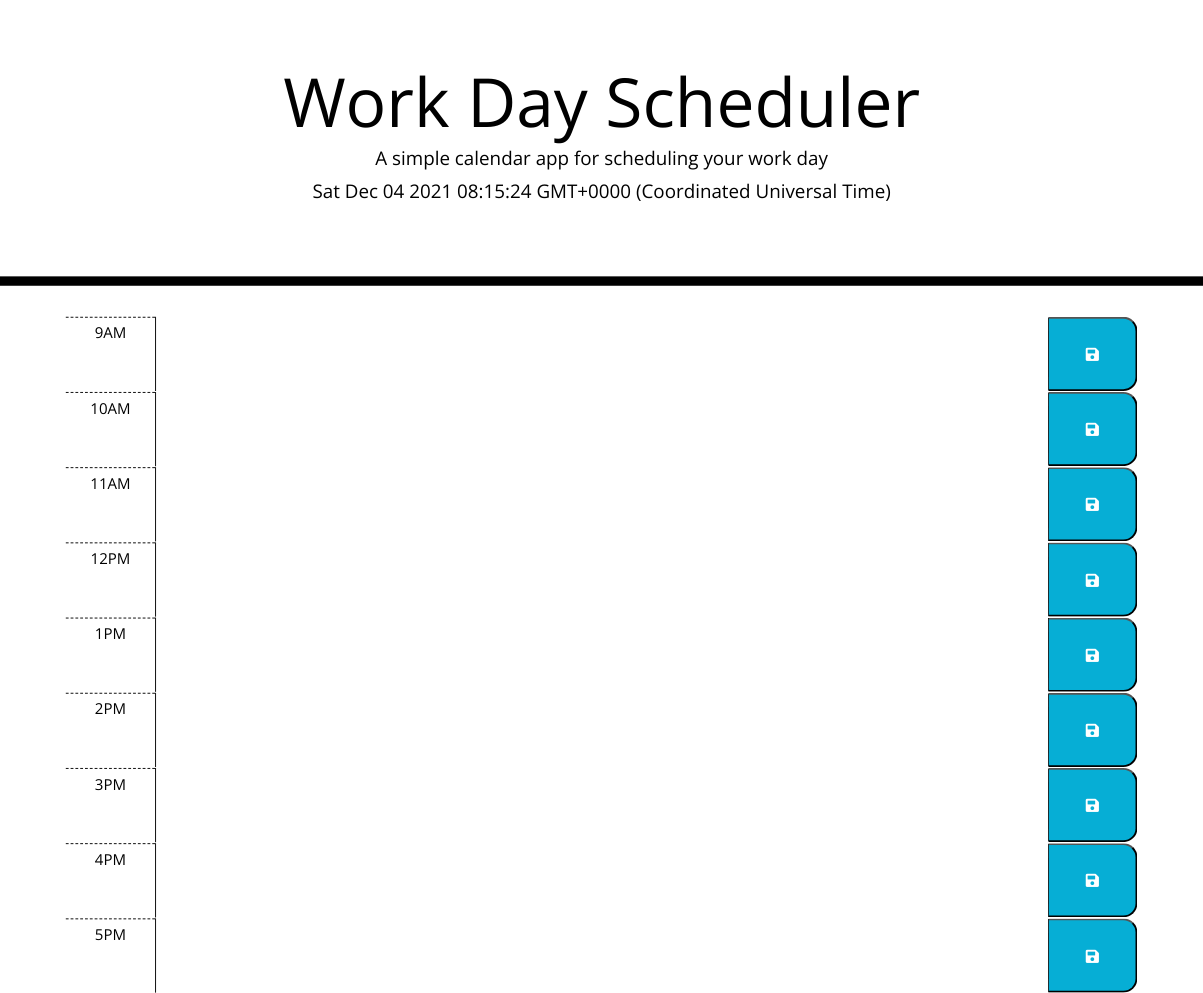
Repository: brenhamp/work-day-scheduler
Page: Develop/index.html
An editor plug-in stored every save of this project. The page is shown before and after the next save, followed by the edit.
The browser window is 1280 px wide. The pictures show the whole page, at 94% of full size.
Some web libraries are served in a nearby version.

Above is the page before, as saved 2021-12-04 14:02:40.
Console error: ReferenceError: valueW is not defined

After the next save:
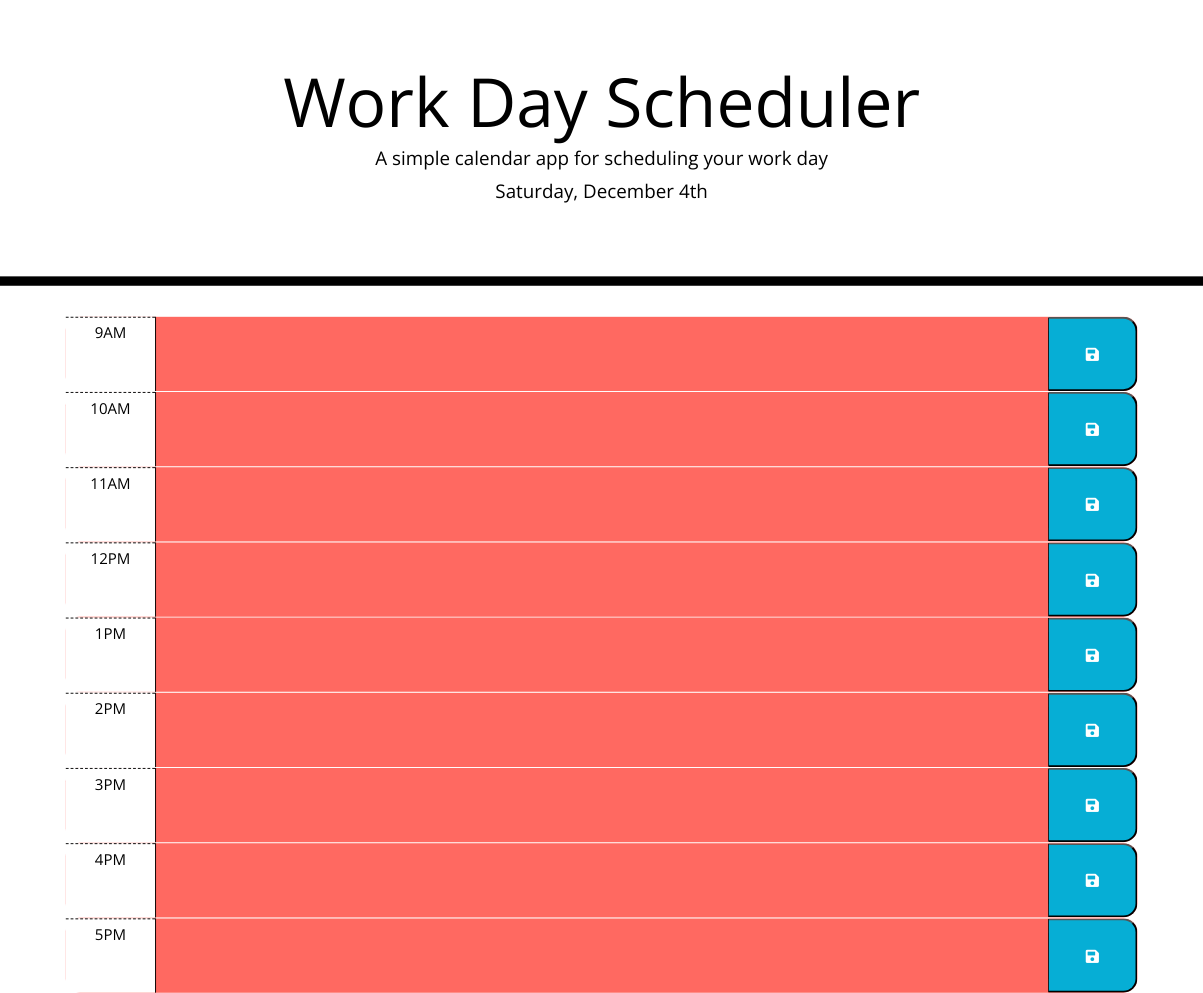
The error is gone.
Saved 20 h 8 min later.
--- a/Develop/script.js
+++ b/Develop/script.js
@@ -1,26 +1,92 @@
-var d = new Date();
-var today = new Date();
-var time = today.getHours;
 
-document.getElementById("currentDay").innerHTML = d;
-
-$(".saveBtn").click(function(event) {
-    event.preventDefault();
-    var valueW = $(this).siblings(".plan").val();
-    console.log(valueW);
-    localStorage.setItem("9", valueW);
-})
-
-$("#9-hour .plan").val(localStorage.getItem("9"));
 
 $(document).ready(function() {
-    $(".time-block").each(function(index) {
-        var hourInd=
-        $(this).attr("id");
-        console.log(hourInd);
+
+    //display today's date
+$("#currentDay").text(moment().format("dddd, MMMM Do"));
+var currentTime = moment().format("H A");
+var events = [];
+
+    //when the user clicks the save button
+    $(".saveBtn").click(function(event) {
+        //pull the time ID from the chosen slot
+        var value = $(this).siblings(".plan").val();
+        var time = $(this).parent().attr("id");
+        var dateAdded = moment().format("dddd, MMMM Do");
+
+        events.push({description: value, time: time, date: dateAdded});
+
+        //put in local storage
+        localStorage.setItem("events", JSON.stringify(events));
     });
+
+    //check if user's current time is before or after the selected time slot
+function timeCheck() {
+    //get current hour
+    var hourNow = moment().hours();
+
+    //check hour of each block
+    $(".time-block").each(function() {
+        var timeBlockHour = parseInt($(this).attr("id").split("-")[1]);
+
+
+    //compare and assign classes
+    if (timeBlockHour < hourNow) {
+        $(this).addClass("past");
+    }
+
+    else if (timeBlockHour > hourNow) {
+        $(this).removeClass("past");
+        $(this).addClass("future");
+    }
+
+    else {
+        $(this).removeClass("past");
+        $(this).removeClass("present");
+        $(this).addClass("present");
+    }
 });
+}
 
-if (valueW === hourInd) {
+//call the function
+timeCheck();
 
-}
+//check if current time has changed
+var secondsLeft = 5;
+function setTime() {
+    setInterval(function() {
+        secondsLeft--;
+
+        if (secondsLeft === 0) {
+            timeCheck();
+            secondsLeft = 5;
+        }
+
+    }, 1000);
+    }
+    setTime();
+
+//check if the date has rolled over
+var today = moment().format("dddd, MMMM Do");
+    for (var i = 0; i < events.length; i++) {
+        if (today.isAfter(events[i].date)) {
+            events[i].description = "";
+            events[i].time = "";
+            events[i].date = "";
+            events.length = 0;
+        }
+    }
+
+//check localstorage for saved data in any time block
+var storedEvents = JSON.parse(localStorage.getItem("events"));
+    if (storedEvents !== null) {
+        events = storedEvents;
+    }
+
+    for (var i = 0; i < events.length; i++) {
+        var userDescription = events[i].description;
+        $("#" + events[i].time).children(".plan").text(userDescription);
+    }
+
+var interval = setInterval(timeCheck, 15000)
+});
